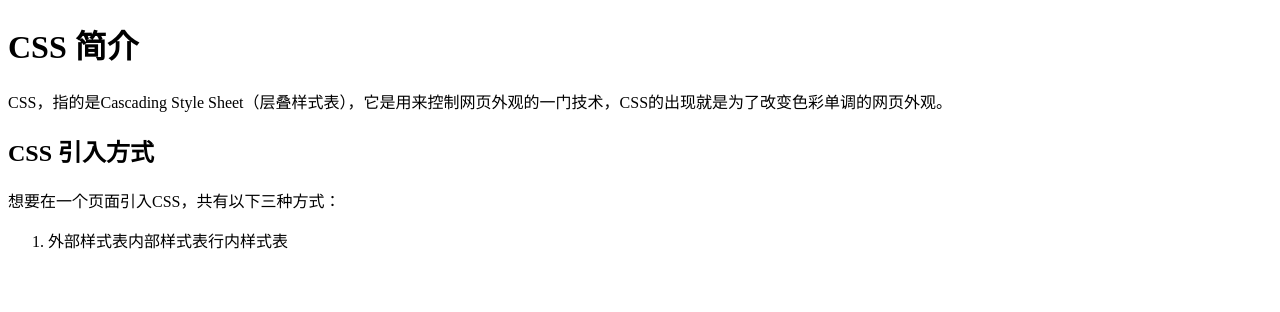
Repository: liang-n/front-end-basics
Page: 11-CSS简介.html
An editor plug-in stored every save of this project. The page is shown before and after a run of saves, followed by the edit.
The browser window is 1280 px wide. The pictures show the whole page.

Above is the page before, as saved 2022-05-15 20:35:46.

### 11-CSS简介.html
<!DOCTYPE html>

<head>
    <meta charset="UTF-8">
    <title>11-CSS简介</title>
</head>

<body>
    <h1>CSS 简介</h1>

    <p>CSS，指的是Cascading Style Sheet（层叠样式表），它是用来控制网页外观的一门技术，CSS的出现就是为了改变色彩单调的网页外观。</p>

    <h2>CSS 引入方式</h2>

    <p>想要在一个页面引入CSS，共有以下三种方式：</p>
    <ol>
        <li>外部样式表内部样式表行内样式表</li>
    </ol>
</body>

</html>

After the next 2 saves:
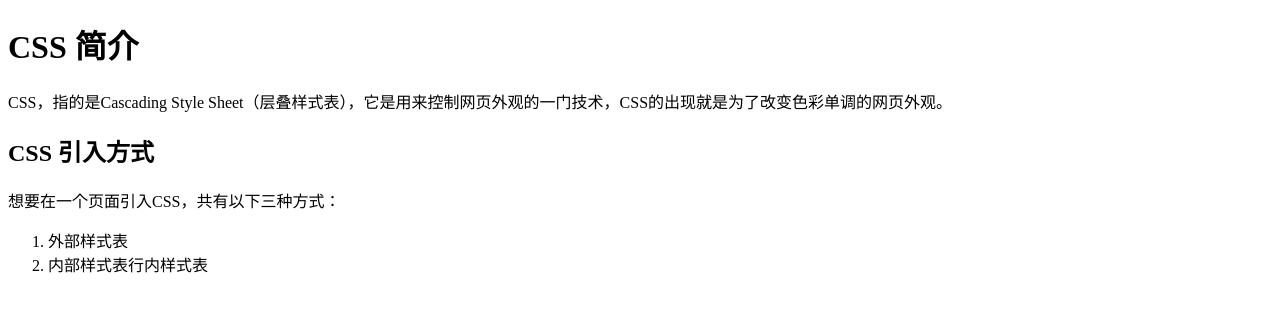
The 2 saves are shown as one change because they came seconds apart.
The last was saved 7 s later.
--- a/11-CSS简介.html
+++ b/11-CSS简介.html
@@ -14,7 +14,8 @@
 
     <p>想要在一个页面引入CSS，共有以下三种方式：</p>
     <ol>
-        <li>外部样式表内部样式表行内样式表</li>
+        <li>外部样式表</li>
+        <li>内部样式表行内样式表</li>
     </ol>
 </body>
 
